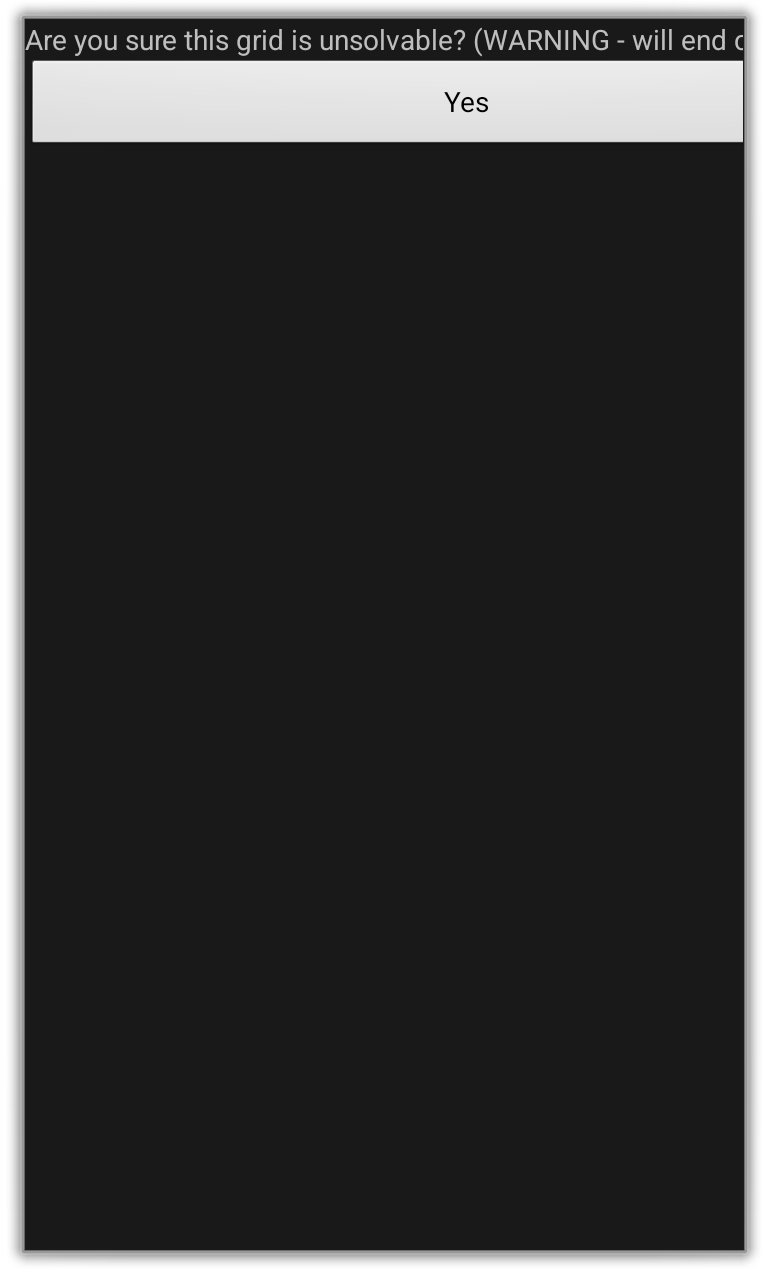
Repository: rickydalziel/project
Layout: Numbersorter/res/layout/activity_unsolve_dialog.xml
These files come from the project's save history. The layout is drawn as it stood at one moment and after the next save; the edit follows.
It is drawn on a 768 x 1280 px phone screen (xhdpi) without system bars, with theme android:Theme.Dialog; the app's code is not run.

Above is the layout before, as saved 2013-03-07 13:33:44.

After the next save:
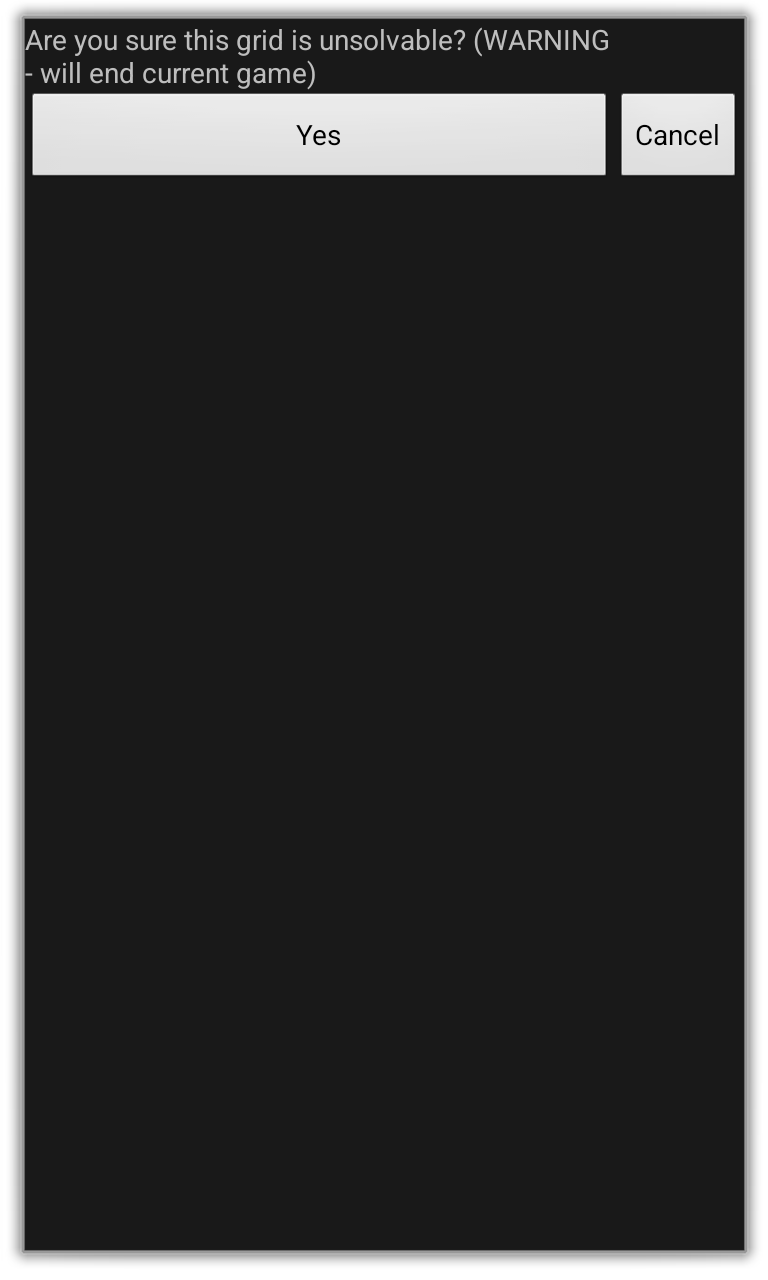
Saved 3 min 58 s later.
--- a/Numbersorter/res/layout/activity_unsolve_dialog.xml
+++ b/Numbersorter/res/layout/activity_unsolve_dialog.xml
@@ -4,7 +4,9 @@
       <TableLayout xmlns:android="http://schemas.android.com/apk/res/android"
 	        android:layout_width="fill_parent"
 			android:layout_height="fill_parent"
-	        android:orientation="vertical" >
+	        android:orientation="vertical"
+	        android:shrinkColumns="0"
+  			android:stretchColumns="1" >
 
        <TableRow>
 
